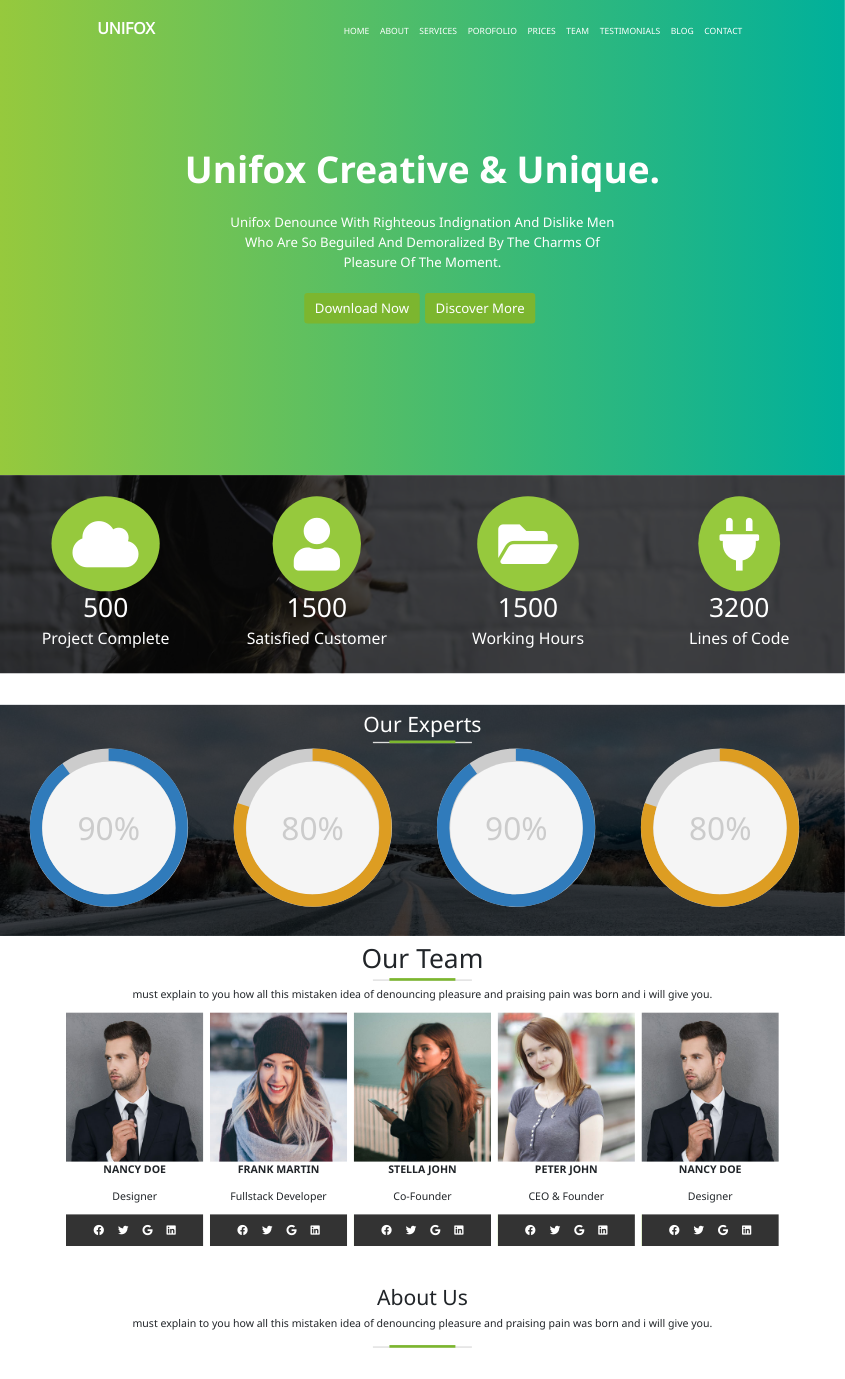
Repository: ibrkhalil/Uniforce-First-Attempt
Page: index.html
An editor plug-in stored every save of this project. The page is shown before and after the next save, followed by the edit.
The browser window is 1280 px wide. The pictures show the whole page, at 66% of full size.
Backgrounds fixed to the window are drawn as part of the page.

Above is the page before, as saved 2021-01-24 02:27:28.

### index.html
<!DOCTYPE html>
<html lang="en">
  <head>
    <meta charset="UTF-8" />
    <link rel="stylesheet" href="./bootstrap.min.css" />
    <link rel="stylesheet" href="owl.carousel.css" />
    <link rel="preconnect" href="https://fonts.gstatic.com" />
    <link rel="stylesheet" href="./jquery-ui.css" />
    <link
      rel="stylesheet"
      href="https://use.fontawesome.com/releases/v5.15.2/css/all.css"
      integrity="sha384-vSIIfh2YWi9wW0r9iZe7RJPrKwp6bG+s9QZMoITbCckVJqGCCRhc+ccxNcdpHuYu"
      crossorigin="anonymous"
    />
    <link rel="stylesheet" href="./circle.css" />
    <link
      href="https://fonts.googleapis.com/css2?family=Open+Sans&display=swap"
      rel="stylesheet"
    />
    <link rel="stylesheet" href="style.css" />
    <meta name="viewport" content="width=device-width, initial-scale=1.0" />
    <title>Unifox</title>
  </head>

  <body>
    <div class="main-nav">
      <nav
        class="navbar navbar-expand-lg justify-content-around sticky-top navbar-fixed-top"
      >
        <!-- <div class="container"> -->
        <a class="navbar-brand" href="#"><h3 class="unifox">UNIFOX</h3></a>
        <button
          class="navbar-toggler"
          type="button"
          data-toggle="collapse"
          data-target="#navbarSupportedContent"
          aria-controls="navbarSupportedContent"
          aria-expanded="false"
          aria-label="Toggle navigation"
        >
          <span class="fa fa-bars fa-3x"></span>
        </button>
        <div class="">
          <div class="nav-items">
            <div class="collapse navbar-collapse" id="navbarSupportedContent">
              <ul class="navbar-nav mr-auto">
                <li class="item">
                  <a class="nav-link active" href="#">HOME</a>
                </li>
                <li class="nav-item"><a class="nav-link" href="#">ABOUT</a></li>
                <li class="nav-item">
                  <a class="nav-link" href="#">SERVICES</a>
                </li>
                <li class="nav-item">
                  <a class="nav-link" href="#">POROFOLIO</a>
                </li>
                <li class="nav-link"><a href="#">PRICES</a></li>
                <li class="nav-link"><a href="#">TEAM</a></li>
                <li class="nav-link"><a href="#">TESTIMONIALS</a></li>
                <li class="nav-link"><a href="#">BLOG</a></li>
                <li class="nav-link"><a href="#">CONTACT</a></li>
              </ul>
            </div>
          </div>
        </div>

        <!-- </div> -->
      </nav>

      <!-- nav end -->

      <div class="jumbotron">
        <h1 class="display-4 jumbo-main-text">
          <strong>Unifox Creative & Unique.</strong>
        </h1>
        <p class="lead jumbo-subtext">
          Unifox Denounce With Righteous Indignation And Dislike Men Who Are So
          Beguiled And Demoralized By The Charms Of Pleasure Of The Moment.
        </p>

        <div class="jumbo-btns">
          <p class="lead">
            <a class="btn jumbo-btn btn-primary btn-lg" href="#" role="button"
              >Download Now</a
            >
          </p>
          <p class="lead">
            <a class="btn jumbo-btn btn-primary btn-lg" href="#" role="button"
              >Discover More</a
            >
          </p>
        </div>
      </div>
      <!-- jumbotron end -->
      <!-- heading end -->
    </div>
    <div class="counting-number parallax">
      <div class="container-fluid">
        <div class="row">
          <div class="col-md-3">
            <i class="fa counting-icon fa-cloud fa-5x"></i>
            <h1 class="counter" data-count="500">0</h1>
            <h4>Project Complete</h4>
          </div>
          <div class="col-md-3">
            <i class="fa counting-icon fa-user fa-5x"></i>
            <h1 class="counter" data-count="1500">0</h1>
            <h4>Satisfied Customer</h4>
          </div>
          <div class="col-md-3">
            <i class="fa counting-icon fa-folder-open fa-5x"></i>
            <h1 class="counter" data-count="1500">0</h1>
            <h4>Working Hours</h4>
          </div>
          <div class="col-md-3">
            <i class="fa counting-icon fa-plug fa-5x"></i>
            <h1 class="counter" data-count="3200">0</h1>
            <h4>Lines of Code</h4>
          </div>
        </div>
      </div>
    </div>

    <br />
    <br />

    <!-- Counting number div -->
    <div class="our-experts-main">
      <h2 class="our-experts-word line">Our Experts</h2>

      <div class="our-experts">
        <div class="clearfix circular-icons">
          <div class="c100 p90 big blue">
            <span>90%</span>
            <div class="slice">
              <div class="bar"></div>
              <div class="fill"></div>
            </div>
          </div>
          <div class="c100 p80 big orange">
            <span>80%</span>
            <div class="slice">
              <div class="bar"></div>
              <div class="fill"></div>
            </div>
          </div>
          <div class="c100 p90 big blue">
            <span>90%</span>
            <div class="slice">
              <div class="bar"></div>
              <div class="fill"></div>
            </div>
          </div>

          <div class="c100 p80 big orange">
            <span>80%</span>
            <div class="slice">
              <div class="bar"></div>
              <div class="fill"></div>
            </div>
          </div>
        </div>
        <!-- /green -->

        <!-- orange -->
        <div class="clearfix"></div>
      </div>
    </div>

    <!-- experts end -->

    <div class="our-team">
      <div class="container">
        <div class="our-team-text">
          <h1 class="line">Our Team</h1>

          <p>
            must explain to you how all this mistaken idea of denouncing
            pleasure and praising pain was born and i will give you.
          </p>
        </div>
        <div class="top-content">
          <div class="container-fluid">
            <div class="owl-carousel owl-theme">
              <div class="item">
                <img
                  src="./images/1 (1).jpg"
                  class="img-fluid mx-auto d-block"
                  alt="img1"
                />
                <strong class="team-member-name">
                  <p>STELLA JOHN</p>
                </strong>
                <p>Co-Founder</p>
                <div class="social-media-icons" data-content="Link Hover">
                  <div
                    class="container d-flex justify-content-around align-items-center"
                  >
                    <i class="fab fa-facebook"></i>
                    <i class="fab fa-twitter"></i>
                    <i class="fab fa-google"></i>
                    <i class="fab fa-linkedin"></i>
                  </div>
                </div>
              </div>

              <div class="item">
                <img
                  src="./images/2 (1).jpg"
                  class="img-fluid mx-auto d-block"
                  alt="img2"
                />
                <strong class="team-member-name">
                  <p>PETER JOHN</p>
                </strong>
                <p>CEO & Founder</p>
                <div class="social-media-icons">
                  <div
                    class="container d-flex justify-content-around align-items-center"
                  >
                    <i class="fab fa-facebook"></i>
                    <i class="fab fa-twitter"></i>
                    <i class="fab fa-google"></i>
                    <i class="fab fa-linkedin"></i>
                  </div>
                </div>
              </div>

              <div class="item">
                <img
                  src="./images/3 (1).jpg"
                  class="img-fluid mx-auto d-block"
                  alt="img3"
                />
                <strong class="team-member-name">
                  <p>NANCY DOE</p>
                </strong>
                <p>Designer</p>
                <div class="social-media-icons">
                  <div
                    class="container d-flex justify-content-around align-items-center"
                  >
                    <i class="fab fa-facebook"></i>
                    <i class="fab fa-twitter"></i>
                    <i class="fab fa-google"></i>
                    <i class="fab fa-linkedin"></i>
                  </div>
                </div>
              </div>

              <div class="item">
                <img
                  src="./images/4.jpg"
                  class="img-fluid mx-auto d-block"
                  alt="img4"
                />
                <strong class="team-member-name">
                  <p>FRANK MARTIN</p>
                </strong>
                <p>Fullstack Developer</p>
                <div class="social-media-icons">
                  <div
                    class="container d-flex justify-content-around align-items-center"
                  >
                    <i class="fab fa-facebook"></i>
                    <i class="fab fa-twitter"></i>
                    <i class="fab fa-google"></i>
                    <i class="fab fa-linkedin"></i>
                  </div>
                </div>
              </div>
            </div>
          </div>
        </div>
      </div>
    </div>
        <section class="line my-5 green-bottom-border">
            <div class="container">
                <h2>About Us</h2>
                <p>must explain to you how all this mistaken idea of denouncing pleasure and praising pain was born and i will give you.</p>

            </div>
            </section>

    <script src="./jquery.js"></script>
    <script src="./jquery-ui.js"></script>
    <script src="./owl.carousel.js"></script>
    <script src="./owl.autoplay.js"></script>
    <script src="./bootstrap.js"></script>
    <script src="./script.js"></script>
  </body>
</html>

### style.css
*{
    margin: 0;
    padding: 0;
}
body{
    font-family: 'Segoe UI', Tahoma, Geneva, Verdana, sans-serif;
}
.nav-items{
    display: flex;
    width: 100%;
    justify-content: space-between;
}

.main-nav h3{
    font-family: 'Open Sans', sans-serif;
    font-weight: bold;
    font-size: x-large;
}
.main-nav{
    transition: all 200ms;
    font-size: small;
    background: linear-gradient(to right, #96c93d, #00b09b);
    height: 100vh;
}
.main-nav a{
    text-decoration: none;
    color: white;
    border: none;
}
 .main-nav li, .main-nav h3 {
    margin-top: 1rem;
}
.circular-icons{
    display: flex;
    justify-content: space-between;
}
.jumbotron{
    text-align: center;
    margin-top: 5rem;
    color: white;
    background-color: transparent;
}
.jumbo-btn{
    background-color: #7CB62F;
}

.navbar-fixed-top a:hover{
    color: #3e3e3e;
}
.navbar-fixed-top.scrolled {
    width: 100vw;
    background-color: #fff !important;
    /* padding: 0.5rem 0; */
    /* transition: all 200ms ease; */

  }
/* .navbar-fixed-top.scrolled  a{
    color: black;

  } */
  .navbar-fixed-top.scrolled  a:hover{
    color: gray;

  }
.jumbo-btns{
    display: flex;
    justify-content: center;
}
.jumbo-subtext{

    margin: 2rem auto;
    width: 50%;
}
.jumbo-main-text{
font-weight: 400;
}
.jumbo-btns p{
   margin-right: 0.5rem;
}
.lead-btns a{
    display: flex;
    border: none;
}
.parallax {
    background-image: url("./fun_facts_bg.jpg");
    height: 300px;
    background-blend-mode: overlay;
    background-attachment: fixed;
    background-position: center;
    background-repeat: no-repeat;
    background-size: cover;
    background-color: rgba(0, 0, 0,0.7);
    color: white;
    text-align: center;
    display: flex;
    align-items: center;
  }
  .parallax img {
      height: 300px;
      object-fit: cover;
  }
  .counting-icon{
      padding: 2rem;
      background-color: #96c93d ;
      border-radius: 50%;
  }
.jumbo-btn:hover{
    transition: 1s;
    background-color: black;
}
.line{
    position: relative;
    text-align: center;
    padding: 10px 0;
}
.line::after , .line::before{
    content: "";
    width: 100px;
    height: 4px;
    position: absolute;
    background-color: #7CB62F;
    left: 50%;
    transform: translate(-50%,0);
    bottom: 0;
}
.line::before{
    height: 2px;
    background-color: #ddd;
    width: 150px;
}


.clearfix:before,.clearfix:after {content: " "; display: table;}
.clearfix:after {clear: both;}
.clearfix {*zoom: 1;}


.our-experts-main{
    background-image: url("./skill-bg.jpg");
    height: 350px;
    background-blend-mode: overlay;
    background-attachment: fixed;
    background-position: center;
    background-repeat: no-repeat;
    background-size: cover;
    background-color: rgba(0, 0, 0,0.7);
    color: white;
}
.our-experts-main:first-child{
    display: flex;
    justify-content: center;
}
.our-experts h2{
    display: block !important;
}
.our-team{
    text-align: center;
}
@media (min-width: 768px) and (max-width: 991px) {
    /* Show 4th slide on md if col-md-4*/
    .carousel-inner .active.col-md-4.carousel-item + .carousel-item + .carousel-item + .carousel-item {
        position: absolute;
        top: 0;
        right: -33.3333%;  /*change this with javascript in the future*/
        z-index: -1;
        display: block;
        visibility: visible;
    }
}
@media (min-width: 576px) and (max-width: 768px) {
    /* Show 3rd slide on sm if col-sm-6*/
    .carousel-inner .active.col-sm-6.carousel-item + .carousel-item + .carousel-item {
        position: absolute;
        top: 0;
        right: -50%;  /*change this with javascript in the future*/
        z-index: -1;
        display: block;
        visibility: visible;
    }
}
@media (min-width: 576px) {
    .carousel-item {
        margin-right: 0;
    }
    /* show 2 items */
    .carousel-inner .active + .carousel-item {
        display: block;
    }
    .carousel-inner .carousel-item.active:not(.carousel-item-right):not(.carousel-item-left),
    .carousel-inner .carousel-item.active:not(.carousel-item-right):not(.carousel-item-left) + .carousel-item {
        transition: none;
    }
    .carousel-inner .carousel-item-next {
        position: relative;
        transform: translate3d(0, 0, 0);
    }
    /* left or forward direction */
    .active.carousel-item-left + .carousel-item-next.carousel-item-left,
    .carousel-item-next.carousel-item-left + .carousel-item,
    .carousel-item-next.carousel-item-left + .carousel-item + .carousel-item {
        position: relative;
        transform: translate3d(-100%, 0, 0);
        visibility: visible;
    }
    /* farthest right hidden item must be also positioned for animations */
    .carousel-inner .carousel-item-prev.carousel-item-right {
        position: absolute;
        top: 0;
        left: 0;
        z-index: -1;
        display: block;
        visibility: visible;
    }
    /* right or prev direction */
    .active.carousel-item-right + .carousel-item-prev.carousel-item-right,
    .carousel-item-prev.carousel-item-right + .carousel-item,
    .carousel-item-prev.carousel-item-right + .carousel-item + .carousel-item {
        position: relative;
        transform: translate3d(100%, 0, 0);
        visibility: visible;
        display: block;
        visibility: visible;
    }
}
/* MD */
@media (min-width: 768px) {
    /* show 3rd of 3 item slide */
    .carousel-inner .active + .carousel-item + .carousel-item {
        display: block;
    }
    .carousel-inner .carousel-item.active:not(.carousel-item-right):not(.carousel-item-left) + .carousel-item + .carousel-item {
        transition: none;
    }
    .carousel-inner .carousel-item-next {
        position: relative;
        transform: translate3d(0, 0, 0);
    }
    /* left or forward direction */
    .carousel-item-next.carousel-item-left + .carousel-item + .carousel-item + .carousel-item {
        position: relative;
        transform: translate3d(-100%, 0, 0);
        visibility: visible;
    }
    /* right or prev direction */
    .carousel-item-prev.carousel-item-right + .carousel-item + .carousel-item + .carousel-item {
        position: relative;
        transform: translate3d(100%, 0, 0);
        visibility: visible;
        display: block;
        visibility: visible;
    }
}
/* LG */
@media (min-width: 991px) {
    /* show 4th item */
    .carousel-inner .active + .carousel-item + .carousel-item + .carousel-item {
        display: block;
    }
    .carousel-inner .carousel-item.active:not(.carousel-item-right):not(.carousel-item-left) + .carousel-item + .carousel-item + .carousel-item {
        transition: none;
    }
    /* Show 5th slide on lg if col-lg-3 */
    .carousel-inner .active.col-lg-3.carousel-item + .carousel-item + .carousel-item + .carousel-item + .carousel-item {
        position: absolute;
        top: 0;
        right: -25%;  /*change this with javascript in the future*/
        z-index: -1;
        display: block;
        visibility: visible;
    }
    /* left or forward direction */
    .carousel-item-next.carousel-item-left + .carousel-item + .carousel-item + .carousel-item + .carousel-item {
        position: relative;
        transform: translate3d(-100%, 0, 0);
        visibility: visible;
    }
    /* right or prev direction //t - previous slide direction last item animation fix */
    .carousel-item-prev.carousel-item-right + .carousel-item + .carousel-item + .carousel-item + .carousel-item {
        position: relative;
        transform: translate3d(100%, 0, 0);
        visibility: visible;
        display: block;
        visibility: visible;
    }
}
.social-media-icons{
    color: white;
    padding: 1rem;
    /* clip-path: polygon(0 0, 0 0, 0% 100%, 0 100%); */
    /* background-size: 100% 0;y/ */
    /* width: 100%; */
    background: red; /* default color */

    /* "to left" / "to right" - affects initial color */
    background: linear-gradient(to left, #333 50%, #7CB62F 50%) right;
    background-size: 200%;
    transition: 1s ease;
}
.social-media-icons:hover{
    background-position:left;
}
.social-media-icons i{
    cursor: pointer;
}

/* .social-media-icons::before{
    position: absolute; */
    /* content: attr(data-content); */
/* } */


.social-media-icons .fab:hover{
    transition: 1s;
    color: gold;
}
.carousel-item:nth-child(2){
    margin-bottom: 1rem;
}

@media screen and (max-width: 768px){
    /* .navbar-nav{ */
        .navbody{
        display: none;
        justify-content: center;
        width: 100vw;
        /* float: right; */
    }
}

Loaded but not shown: bootstrap.min.css (library); owl.carousel.css (library); jquery-ui.css (library); jquery.js (library); jquery-ui.js (library); owl.carousel.js (library); owl.autoplay.js (library); bootstrap.js (library); script.js (88 lines, source omitted); circle.css (879 lines, source omitted)

After the next save:
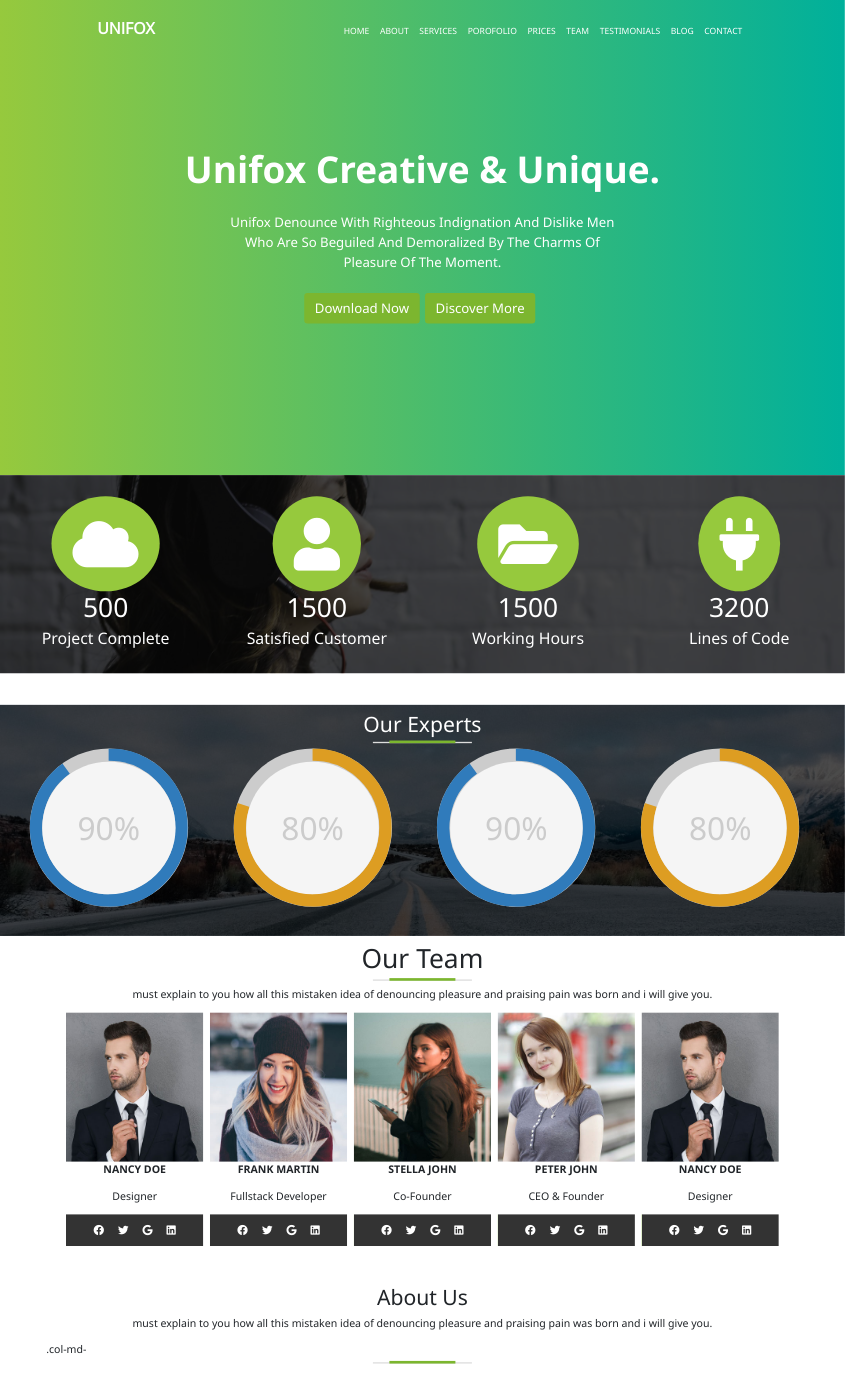
Saved 10 s later.
--- a/index.html
+++ b/index.html
@@ -278,7 +278,9 @@
             <div class="container">
                 <h2>About Us</h2>
                 <p>must explain to you how all this mistaken idea of denouncing pleasure and praising pain was born and i will give you.</p>
-
+                <div class="row">
+                    .col-md-
+                </div>
             </div>
             </section>
 
